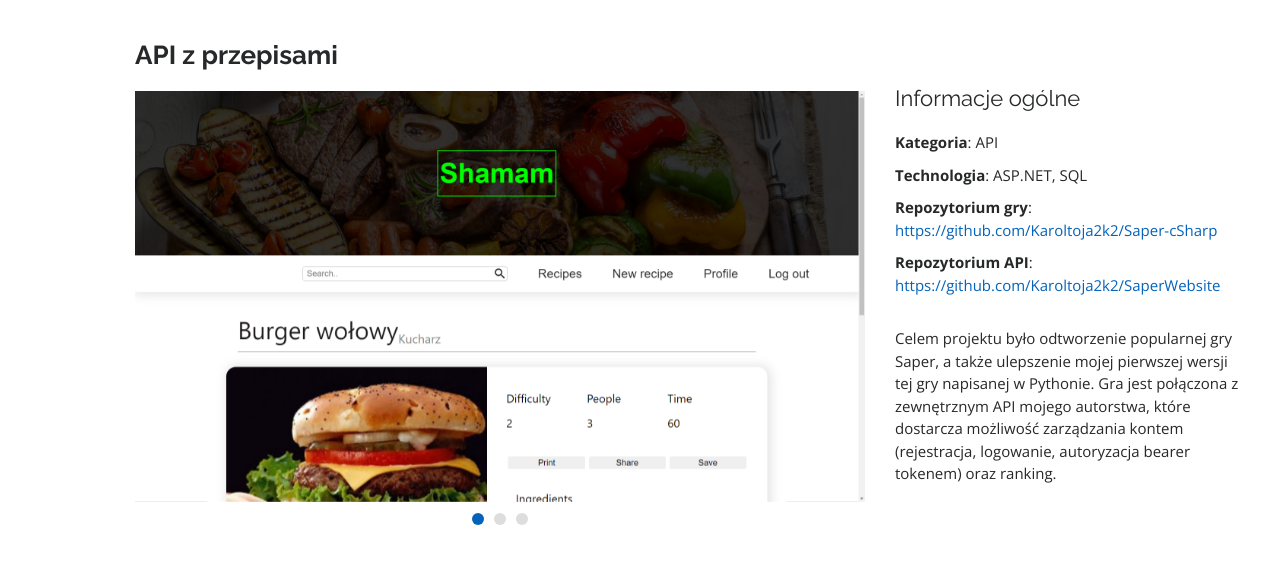
Repository: Karoltoja2k2/MyResume
Page: recipesapi-details.html
An editor plug-in stored every save of this project. The page is shown before and after a run of saves, followed by the edit.
The browser window is 1280 px wide. The pictures show the whole page.

Above is the page before, as saved 2020-06-21 15:09:02.

After the next 3 saves:
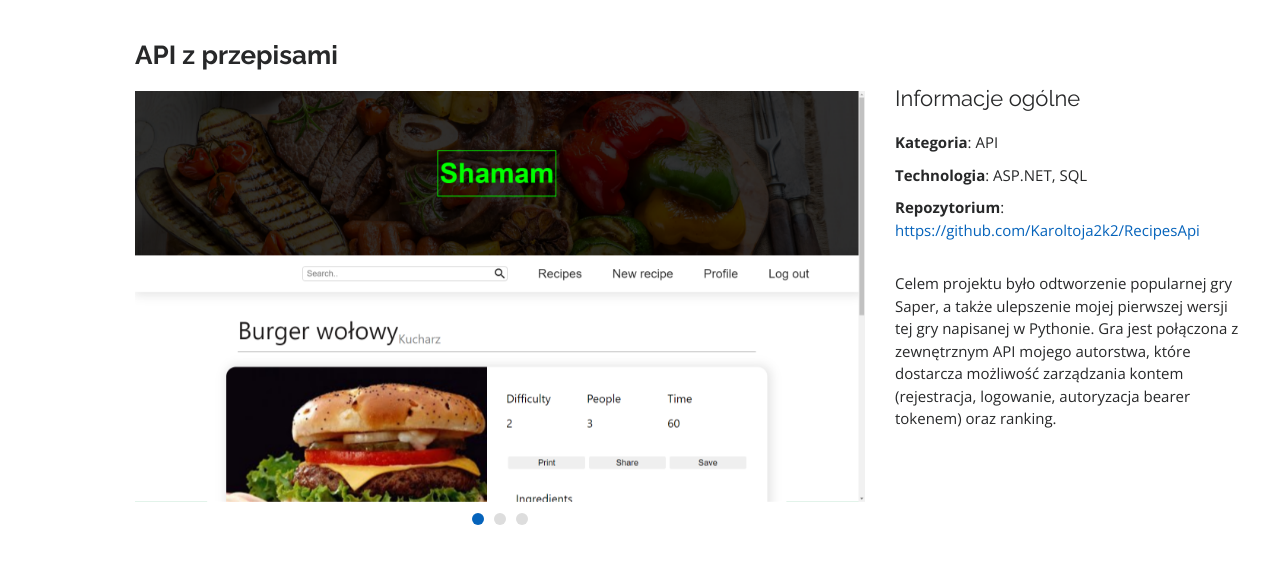
The 3 saves are shown as one change because they came seconds apart.
The last was saved 13 s later.
--- a/recipesapi-details.html
+++ b/recipesapi-details.html
@@ -60,10 +60,9 @@
             <ul>
               <li><strong>Kategoria</strong>: API</li>
               <li><strong>Technologia</strong>: ASP.NET, SQL</li>
-              <li><strong>Repozytorium gry</strong>: <a href="https://github.com/Karoltoja2k2/Saper-cSharp"
-                  target="_blank">https://github.com/Karoltoja2k2/Saper-cSharp</a></li>
-              <li><strong>Repozytorium API</strong>: <a href="https://github.com/Karoltoja2k2/SaperWebsite"
-                  target="_blank">https://github.com/Karoltoja2k2/SaperWebsite</a></li>
+              <li><strong>Repozytorium</strong>: <a href="https://github.com/Karoltoja2k2/RecipesApi"
+                  target="_blank">https://github.com/Karoltoja2k2/RecipesApi</a></li>
+
             </ul>
 
             <p>
